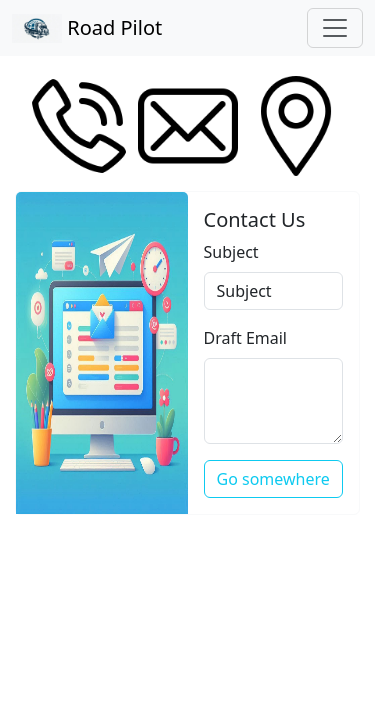
Repository: VictoriousMango/WebCreator
Page: pages/contact.html
The author's editor kept a copy of each file at every save. The page is drawn from the files as they stood at one save, then again after the next save.
The browser window is 375 px wide. The pictures show the whole page.

Above is the page before, as saved 2024-11-09 13:12:47.

### pages/contact.html
<!DOCTYPE html>
<html lang="en">

<head>
    <meta charset="UTF-8">
    <meta name="viewport" content="width=device-width, initial-scale=1.0">
    <title>Web Creator</title>
    <link href="https://cdn.jsdelivr.net/npm/bootstrap@5.3.3/dist/css/bootstrap.min.css" rel="stylesheet"
        integrity="sha384-QWTKZyjpPEjISv5WaRU9OFeRpok6YctnYmDr5pNlyT2bRjXh0JMhjY6hW+ALEwIH" crossorigin="anonymous">
    <link rel="stylesheet" href="../assets/css/contact.css">
</head>

<body>
    <!-- Navbar -->
    <nav class="navbar navbar-expand-lg bg-body-tertiary">
        <div class="container-fluid">
            <a class="navbar-brand" href="#">
                <img src="../assets/images/Logo.png" alt="Logo" width="50px" class="d-inline-block align-text-top">
                Road Pilot
            </a>
            <button class="navbar-toggler" type="button" data-bs-toggle="collapse" data-bs-target="#navbarNav"
                aria-controls="navbarNav" aria-expanded="false" aria-label="Toggle navigation">
                <span class="navbar-toggler-icon"></span>
            </button>
            <div class="collapse navbar-collapse" id="navbarNav">
                <ul class="navbar-nav">
                    <li class="nav-item">
                        <a class="nav-link" href="../">Home</a>
                    </li>
                    <li class="nav-item">
                        <a class="nav-link" href="./services.html">Services</a>
                    </li>
                    <li class="nav-item">
                        <a class="nav-link active" aria-current="page" href="#">Contact</a>
                    </li>
                </ul>
            </div>
        </div>
    </nav>
    <!-- NavBar -->

    <!-- Contact -->
    <div class="contact">
        <!-- div for icons -->
        <div class="contact__links">
            <!-- phone number -->
            <img class="contact__linksIMG" src="../assets/images/contact__phone.png" alt="">
            <img class="contact__linksIMG" src="../assets/images/contact__email.png" alt="">
            <img class="contact__linksIMG" src="../assets/images/contact__location.png" alt="">
        </div>
        <!-- Dic for Sending Mails -->
        <div class="card border-light">
            <img src="../assets/images/contact__mailUs.png" class="card-img-top" alt="...">
            <div class="card-body">
                <h5 class="card-title">Contact Us</h5>
                <div class="mb-3">
                    <label for="subject" class="form-label">Subject</label>
                    <input type="text" class="form-control" id="subject" value="Subject">
                </div>
                <div class="mb-3">
                    <label for="emailContent" class="form-label">Draft Email</label>
                    <textarea class="form-control" id="emailContent" rows="3" value="Hi company!"></textarea>
                </div>
                <button id="sendEmailBtn" class="btn btn-outline-info" onclick="sendEmail()">Go somewhere</button>
            </div>
        </div>
    </div>
    <!-- Contact -->
    <!-- Scripts -->
    <script src="https://cdn.jsdelivr.net/npm/bootstrap@5.3.3/dist/js/bootstrap.bundle.min.js"
        integrity="sha384-YvpcrYf0tY3lHB60NNkmXc5s9fDVZLESaAA55NDzOxhy9GkcIdslK1eN7N6jIeHz"
        crossorigin="anonymous"></script>
    <script src="https://cdn.jsdelivr.net/npm/@popperjs/core@2.11.8/dist/umd/popper.min.js"
        integrity="sha384-I7E8VVD/ismYTF4hNIPjVp/Zjvgyol6VFvRkX/vR+Vc4jQkC+hVqc2pM8ODewa9r"
        crossorigin="anonymous"></script>
    <script src="https://cdn.jsdelivr.net/npm/bootstrap@5.3.3/dist/js/bootstrap.min.js"
        integrity="sha384-0pUGZvbkm6XF6gxjEnlmuGrJXVbNuzT9qBBavbLwCsOGabYfZo0T0to5eqruptLy"
        crossorigin="anonymous"></script>
    <script>
        function sendEmail() {
            const subject = document.getElementById('subject').value;
            const body = document.getElementById('emailContent').value;
            const screenWidth = window.innerWidth;

            if (screenWidth > 600) {
                // Open Gmail with pre-filled subject and body
                const gmailUrl = `https://mail.google.com/mail/?view=cm&fs=1&to=additya.akash.mishra@gmail.com&su=${encodeURIComponent(subject)}&body=${encodeURIComponent(body)}`;
                window.open(gmailUrl, '_blank');
            } else {
                // Open default mail app
                const mailtoUrl = `mailto:additya.akash.mishra@gmail.com?subject=${encodeURIComponent(subject)}&body=${encodeURIComponent(body)}`;
                window.location.href = mailtoUrl;
            }
        }
    </script>

</body>

</html>

### assets/css/contact.css
.contact {
    padding: 10px;
}

.contact__links {
    display: flex;
    justify-content: space-evenly;
    padding: 10px;
}

.contact__linksIMG {
    width: 100px;
}

.card {
    /* padding: 5px; */
    margin: 5px;
    display: flex;
    flex-direction: row;
    flex-wrap: wrap;
    justify-content: flex-start;
}

.card-img-top{
    width: 50%;
}
.card-body {
    width: 50%;
}

After the next save:
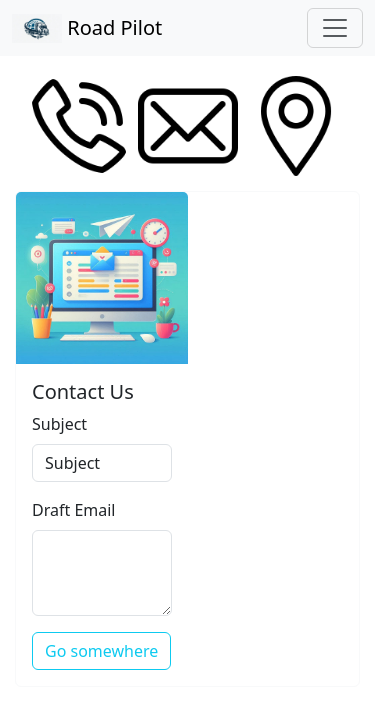
Saved 51 s later.
--- a/assets/css/contact.css
+++ b/assets/css/contact.css
@@ -21,6 +21,12 @@
     justify-content: flex-start;
 }
 
+@media (max-width: 600px) {
+    .card {
+        flex-direction: column;
+    }
+}
+
 .card-img-top{
     width: 50%;
 }
